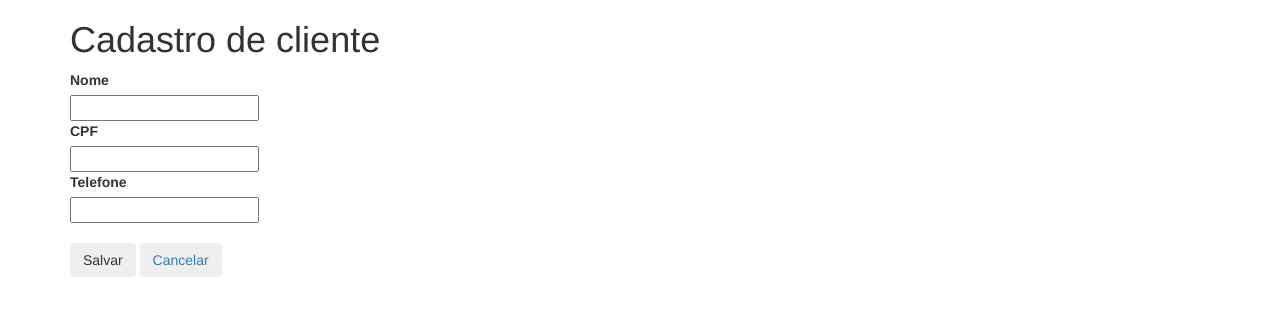
Repository: felipepalma14/Divus
Page: academiaweb/WebContent/cadastrarcliente.html
The author's editor kept a copy of each file at every save. The page is drawn from the files as they stood at one save, then again after the next save.
The browser window is 1280 px wide. The pictures show the whole page.

Above is the page before, as saved 2015-08-15 15:43:00.

After the next save:
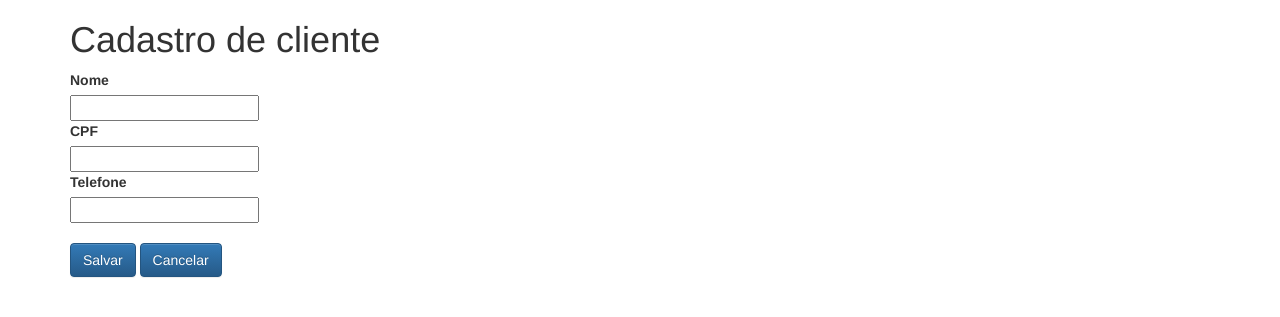
Saved 28 s later.
--- a/academiaweb/WebContent/cadastrarcliente.html
+++ b/academiaweb/WebContent/cadastrarcliente.html
@@ -23,9 +23,9 @@
 
 		<label>Telefone</label><br />
 		<input type="text" name="telefone"/><br/><br/>
-		<input  class = "btn primery" type="submit" value="Salvar"/>
+		<input  class = "btn btn-primary" type="submit" value="Salvar"/>
 		<a href="index.html">
-			<input class = "btn primery" type="button" value="Cancelar">
+			<input class = "btn btn-primary" type="button" value="Cancelar">
 		</a>
 	</form>
 </div>
